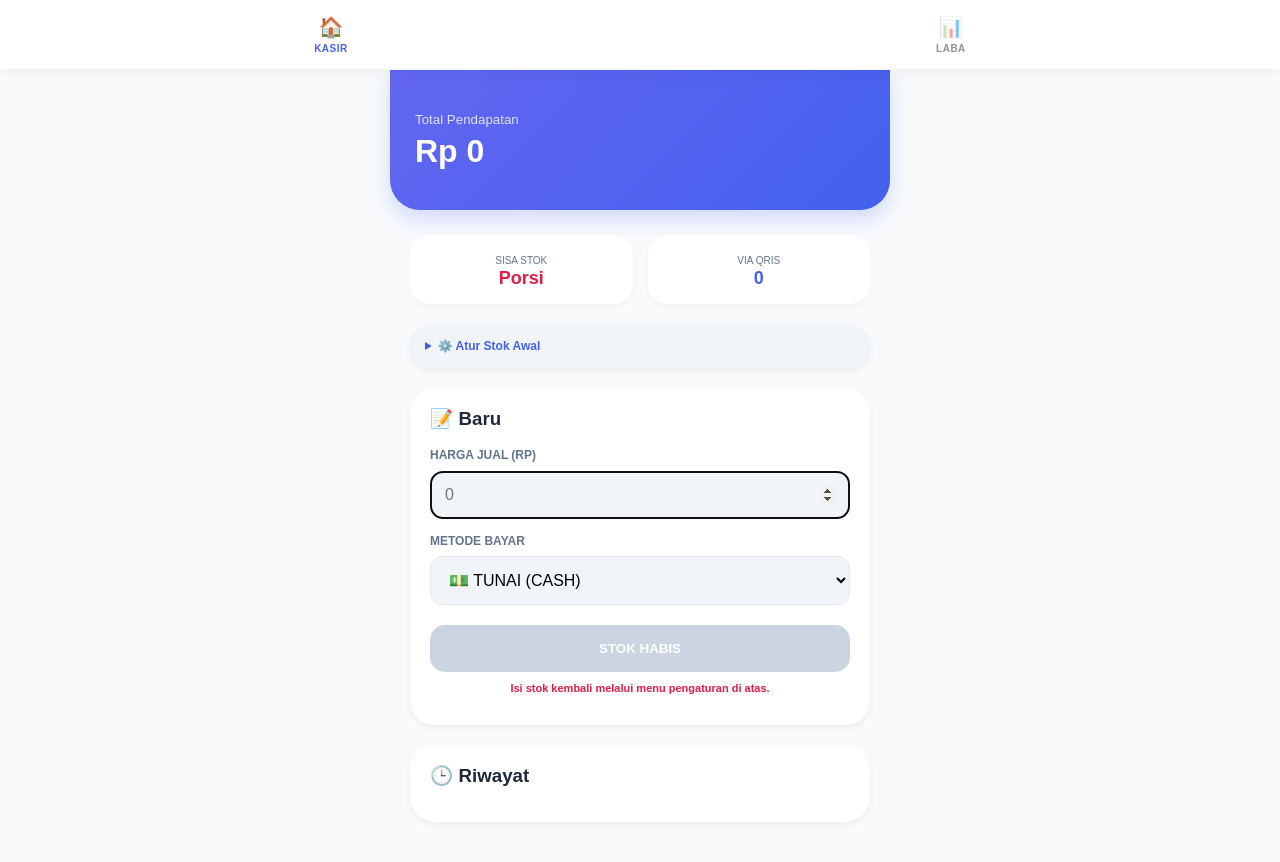
Repository: Tenno1208/bazar-app
Page: http://localhost/transaksi
The author's editor kept a copy of each file at every save. The page is drawn from the files as they stood at one save, then again after the next save.
The browser window is 1280 px wide. The pictures show the whole page.
Some web fonts or font styles are not loaded; a fallback is used. The page is served by the project's Laravel application, run on PHP 8.4 with Laravel 12. Queries for data that is not in the repository find no rows.

Above is the page before, as saved 2026-03-27 15:17:12.

After the next save:
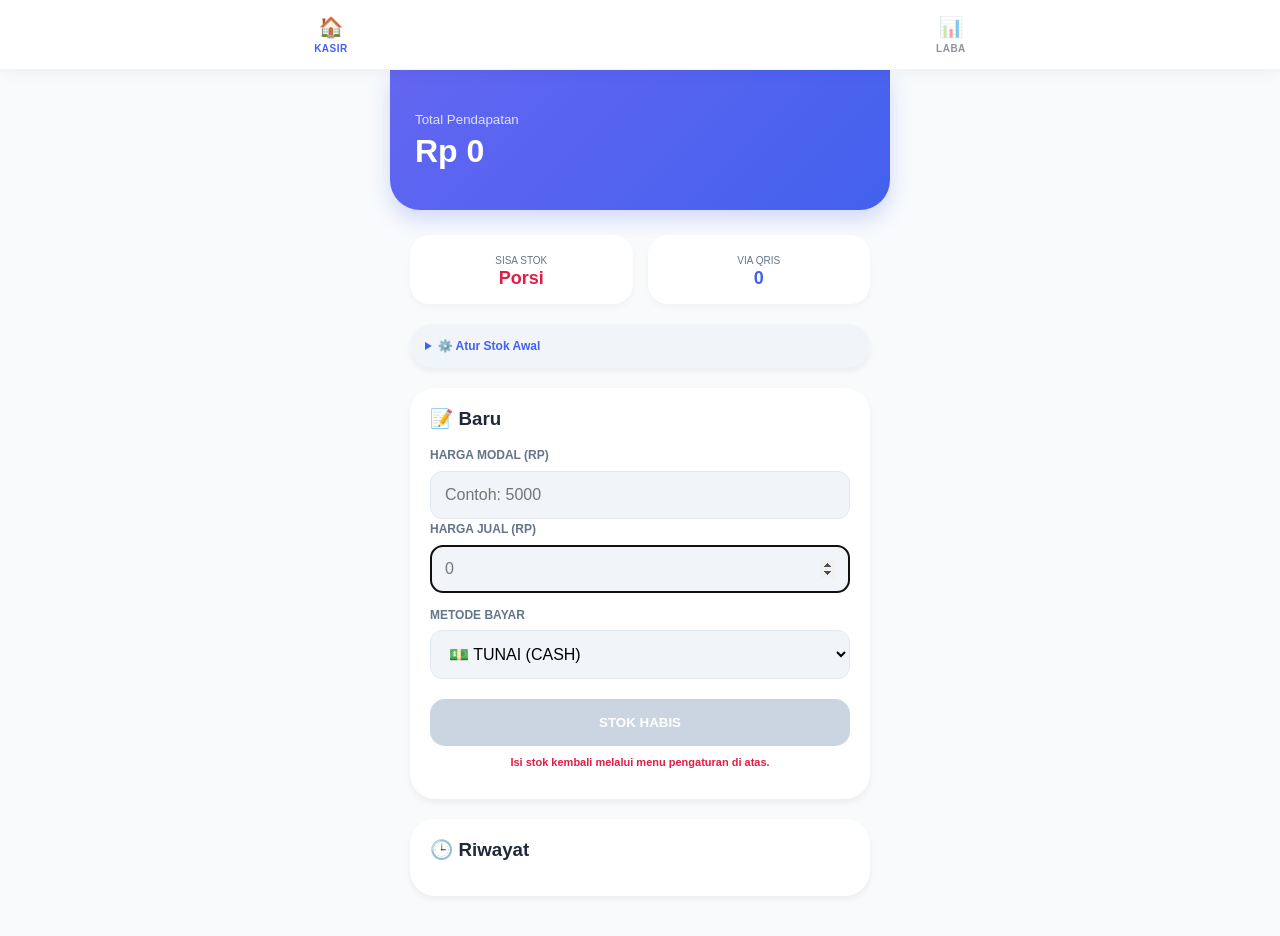
Saved 61 s later.
--- a/resources/views/dashboard.blade.php
+++ b/resources/views/dashboard.blade.php
@@ -141,6 +141,9 @@
         <form action="/tambah" method="POST">
             @csrf
             <input type="hidden" name="produk" value="Salad Buah">
+
+            <label style="font-size:12px; font-weight:700; color:#64748b">HARGA MODAL (RP)</label>
+        <input type="number" name="modal" placeholder="Contoh: 5000" required>
 
             <label style="font-size:12px; font-weight:700; color:#64748b">HARGA JUAL (RP)</label>
             <input type="number" name="harga" placeholder="0" required autofocus>
